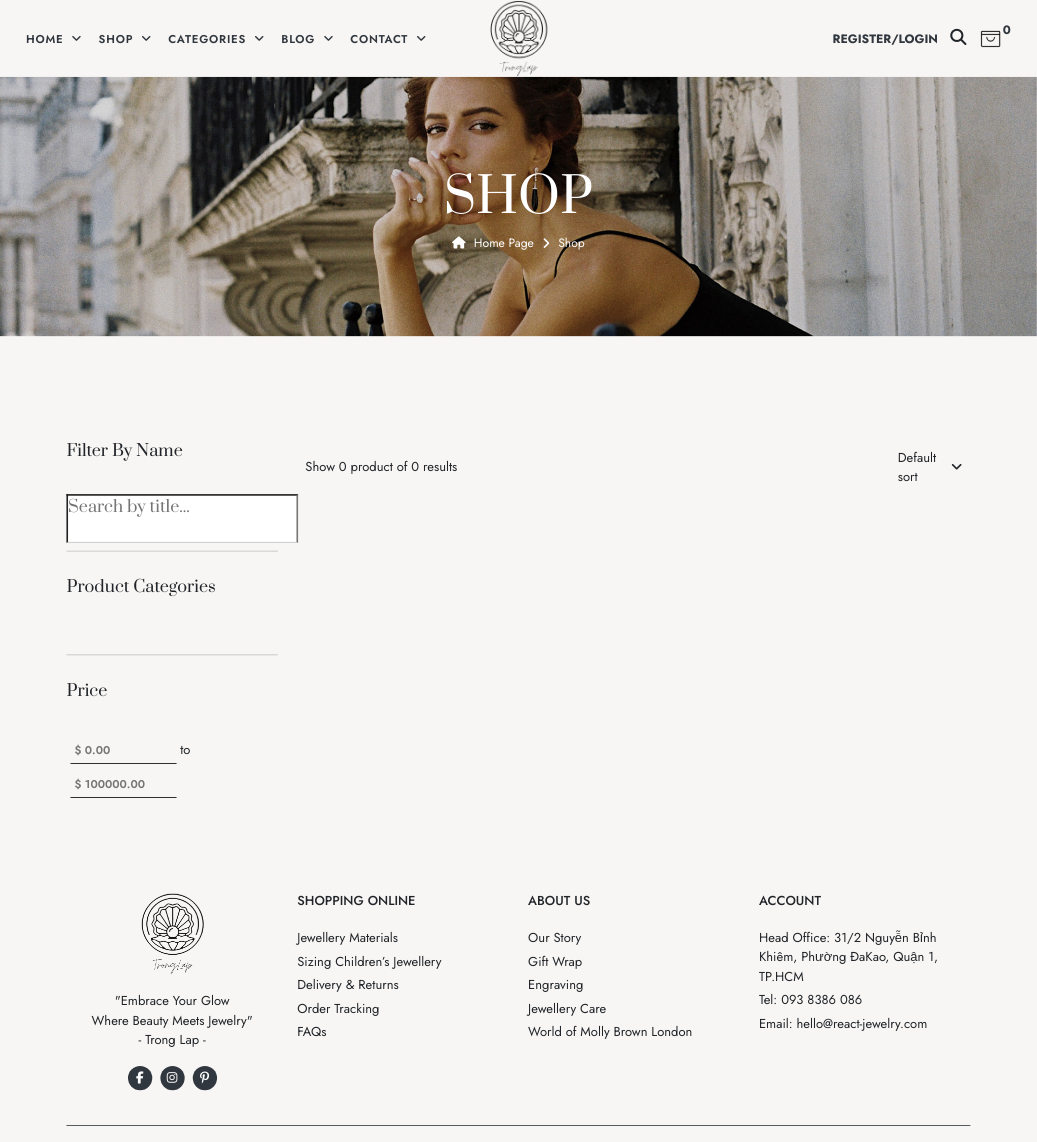
Repository: tronglap/react-jewelry
Page: /list-product
The author's editor kept a copy of each file at every save. The page is drawn from the files as they stood at one save, then again after a run of saves.
The browser window is 1280 px wide. The pictures show the whole page, at 81% of full size.
The page's requests for data from a server got no answer. The project was rebuilt for these pictures with package versions that can differ from the ones it lists, and the page was loaded fresh each time. No one was signed in, and anything a server would have sent is missing. Also part of the build but not shown: src/component/Button/Button.css, src/component/Button/Button.js, src/component/SliderBar/SliderBar.css, src/component/SliderBar/SliderBar.js, src/component/Home/WWD/WWD.css, src/component/Home/WWD/WWD.js, src/component/Home/Home.css, src/component/Home/Categories/Categories.js and 14 more.

Above is the page before, as saved 2024-03-26 20:24:51.

### src/App.css
@import url('https://fonts.googleapis.com/css2?family=Jost:ital,wght@0,100..900;1,100..900&family=Prata&display=swap');


* {
    margin: 0;
    padding: 0;
    box-sizing: border-box;
}

img {
    width: 100%;
}

a {
    text-decoration: none;
}

ul {
    list-style: none;
    margin: 0;
    padding: 0;
}

body {
    font-family: "Jost", sans-serif;
    --seconddaryfont: "Prata";
    --color-primary: #daa14c;
    --color-secondary: #30373e;
    --color-text: #666;
    --color-accent: #30373e;
    --color-lighter: #888;
    --color-dark: #202020;
    --color-highlight: #ccc;
    --color-border: #e3e3e3;
    --color-background-light: #f8f6f4;
    --color-background-field: #DADADA20;
    background-color: #f8f6f4;
}

### src/component/Footer/Footer.css
.footer {
    margin-top: 10%;
    text-align: left;
    height: 40vh;
    border-bottom: 0.1px solid var(--color-secondary);
    margin-bottom: 20px;
}

.footer .logo {
    margin: 0 auto;
    width: 30%;
}

.footer .slogan {
    text-align: center;
    margin: 20px 0;
}

.footer .social-links {
    display: flex;
    gap: 10px;
    margin-top: 10px;
    justify-content: center;
}

.footer .social-links a {
    display: flex;
    align-items: center;
    justify-content: center;
    color: white;
    background-color: var(--color-secondary);
    border-radius: 50%;
    width: 30px;
    height: 30px;
    font-size: 20px;
    text-align: center;
    transition: 0.3s ease;
}

.footer .social-links a:hover {
    background-color: var(--color-primary);
}

::selection {
    color: white;
    background-color: var(--color-primary);
}

.footer ul {
    margin-top: 25px;
}

.footer ul li {
    margin-bottom: 5px;
    cursor: pointer;
    transition: 0.2s linear;
}

.footer ul li:hover {
    color: var(--color-primary)
}

### src/component/ListProduct/ListProduct.css
.ListProduct .box_product {
    margin-top: 10%;
}

.ListProduct .box_product .FBN,
.ListProduct .box_product .FBN .filterbyname {
    font-size: 20px;
    font-family: 'Prata', sans-serif;
    font-weight: 400;
    line-height: 1.35;
    text-transform: capitalize;
    margin-bottom: 30px;
    padding-bottom: 10px;
}

.ListProduct .box_product .FBN {
    border-bottom: 1px solid rgba(128, 128, 128, 0.5);
}

.ListProduct .box_product .FBN input {
    border-bottom: 1px solid rgba(128, 128, 128, 0.5);
    padding-bottom: 30px;
}


.ListProduct .box_product .Product_Categories {
    font-size: 20px;
    font-family: 'Prata', sans-serif;
    font-weight: 400;
    line-height: 1.35;
    text-transform: capitalize;
    margin-bottom: 30px;
    padding-bottom: 10px;
}

.ListProduct .box_product .Categories {
    border-bottom: 1px solid rgba(128, 128, 128, 0.5);
    padding-bottom: 30px;
}

.ListProduct .box_product .Categories .diamonds {
    display: flex;
    width: 35%;
    justify-content: space-between;
    font-size: 18px;
    font-weight: 400;
    font-style: normal;
    text-rendering: optimizeLegibility;
    color: var(--color-text);
    line-height: 1.5;
    letter-spacing: 0;
    cursor: pointer;
    transition: 0.2s ease;
}

.ListProduct .box_product .Categories .diamonds:hover {
    color: var(--color-primary)
}

.ListProduct .box_product .FBP .filterbyprice {
    font-size: 20px;
    font-family: 'Prata', sans-serif;
    font-weight: 400;
    line-height: 1.35;
    text-transform: capitalize;
    margin-bottom: 30px;
    margin-top: 30px;
    padding-bottom: 10px;
}

.ListProduct .box_product .FBP input {
    width: 50%;
    padding: 5px;
    font-size: 14px;
    margin: 5px;
    font-weight: 600;
    text-transform: none;
    border: none;
    border-bottom: 1px solid black;
    outline: none;
    background-color: transparent;
}

input[type=number]::-webkit-inner-spin-button {
    -webkit-appearance: none;
}

.ListProduct .box_product .Cart_list {
    margin-bottom: 20px;
}

.ListProduct .box_product .sorting {
    display: flex;
    justify-content: space-between;
    align-items: center;
}

.ListProduct .box_product .sorting .Count_AP {
    display: flex;
    margin-bottom: 20px;
    padding: 10px;
}

.ListProduct .box_product .sort {
    display: flex;
    align-items: center;
    justify-content: space-between;
    width: 12%;
    margin-bottom: 20px;
    padding: 10px;
    position: relative;
    cursor: pointer;
}

.ListProduct .box_product .sort .sorts {
    background-color: whitesmoke;
    padding: 10px 10px;
    width: 150%;
    opacity: 0;
    visibility: hidden;
    top: 40px;
    left: 0;
    position: absolute;
    z-index: 999;
    transition: 0.3s ease-out;
}

.ListProduct .box_product .sort .sorts.active {
    visibility: visible;
    top: 50px;
    opacity: 1;
}

### src/component/Cart/Cart.css
.Cart .link_header {
    display: flex;
    justify-content: flex-start;
    align-items: center;
}

.Cart .link_header .Home,
.Cart .link_header .Shop {
    line-height: 24px;
    text-decoration: none;
    color: var(--color-text);
    font-weight: 400;
    font-size: 14px;
    transition: 0.2s ease;
}

.Cart .link_header .Shop {
    color: var(--color-primary)
}

.Cart .link_header .Home:hover,
.Cart .link_header .Home:hover i {
    color: var(--color-primary)
}

.Cart .link_header .Home i,
.Cart .link_header .icon i {
    margin-right: 10px;
    color: var(--color-text);
    transition: 0.2s ease;
    font-size: 13px;
}

.Cart .link_header .icon {
    display: flex;
    align-items: center;
    justify-content: center;
    margin: 0 10px;
}

.Cart .cart-product {
    display: none;
    margin-top: 10%;
    text-align: center;
}

.Cart .cart-product.active {
    display: block;
}

.Cart .noti.active {
    display: none;
}

.Cart .cart-product .title {
    color: var(--color-secondary);
    font-weight: 600;
    text-transform: uppercase;
}

.Cart .cart-product .quantity {
    display: flex;
    align-items: center;
    justify-content: space-between;
    border: 1px solid #e3e3e3;

}

.Cart .cart-product .quantity input {
    padding: 13px 0;
    font-size: 14px;
    font-weight: 600;
    text-align: center;
    margin: 0 auto;
    outline: none;
    background-color: transparent;
    border: none;
    width: 50%;
}

.Cart .cart-product .quantity button {
    padding: 5px 10px 5px 10px;
    border: none;
    background-color: transparent;
    transition: 0.5s linear;
    border-radius: 50%;
    outline: none;
}

.Cart .cart-product .quantity button:active {
    background-color: rgba(128, 128, 128, 0.5)
}

p {
    margin: 0;
}

.Cart .cart-product .bill {
    text-align: left;
    padding: 30px 30px 40px;
    position: relative;
    background-color: #F8F6F4;
    border: 6px solid #E3E3E3;
    border-radius: 5px;
    color: var(--color-secondary)
}

.Cart .cart-product .bill .cart-total h2 {
    font-size: 28px;
    font-family: 'Prata', sans-serif;
    margin-bottom: 15px;
    font-weight: 400;
}

.Cart .cart-product .bill .total-product,
.Cart .cart-product .bill .total {
    display: flex;
    justify-content: space-between;
    align-items: center;
    font-size: 18px;
    padding: 1em 0;
}

.Cart .cart-product .bill .total {
    margin: 10% 0
}

.Cart .cart-product .bill .total .price {
    font-size: 24px;
    color: var(--color-primary);
    font-weight: 600;
}

.Cart .cart-product .bill .proceed-to-checkout {
    outline: none;
    text-align: center;
}

.Cart .cart-product .bill .proceed-to-checkout .btn-proceed .shop-now {
    margin: 0;
    text-transform: uppercase;
    width: 100%;
    font-weight: 600;
    font-size: 13px;
}

.Cart .cart-product .bill .proceed-to-checkout .btn-proceed .shop-now:hover {
    box-shadow: inset 350px 0 0 0 var(--color-primary);
}

### src/component/Home/Categories/Categories.css
img {
    width: 100%;
}

.icon_cate {
    display: flex;
    gap: 20px;
    margin: 10% 0;
    justify-content: center;
    align-items: center;
}

.icon_cate .icon1,
.icon_cate .icon2,
.icon_cate .icon3 {
    text-align: center;
}

.icon_cate .icon1 .img_icon,
.icon_cate .icon2 .img_icon,
.icon_cate .icon3 .img_icon {
    display: flex;
    justify-content: center;
    margin-bottom: 15px;
}

.icon_cate .icon1 .img_icon .thumb,
.icon_cate .icon2 .img_icon .thumb,
.icon_cate .icon3 .img_icon .thumb {
    width: 25%;
    border-radius: 50%;
    padding: 20px;
    transition: 0.2s ease;
}

.icon_cate .icon1:hover .img_icon .thumb,
.icon_cate .icon2:hover .img_icon .thumb,
.icon_cate .icon3:hover .img_icon .thumb {
    background: var(--color-primary)
}

.icon_cate .icon1 .title,
.icon_cate .icon2 .title,
.icon_cate .icon3 .title {
    font-size: 24px;
    font-family: 'Prata', sans-serif;
    letter-spacing: .3px;
    color: var(--color-secondary);
    margin-bottom: 15px;
    transition: 0.2s ease;
}

.icon_cate .icon1:hover .title,
.icon_cate .icon2:hover .title,
.icon_cate .icon3:hover .title {
    color: var(--color-primary)
}

.icon_cate .icon1 .desc,
.icon_cate .icon2 .desc,
.icon_cate .icon3 .desc {
    width: 60%;
    margin: 0 auto;
}

.cate {
    overflow: hidden;
}

.cate .right .diamond {
    overflow: hidden;
}

.cate .right {
    display: flex;
    flex-wrap: wrap;
    gap: 5%;
}

.cate .necklaces,
.cate .right .diamond,
.cate .right .earrings,
.cate .right .rings {
    position: relative;
    transition: 0.5s ease;
}

.cate .necklaces::after,
.cate .right .diamond::after,
.cate .right .earrings::after,
.cate .right .rings::after {
    content: "";
    display: block;
    opacity: 0;
    width: 100%;
    height: 200px;
    background: linear-gradient(to top, rgba(0, 0, 0, 0.3), rgba(0, 0, 0, 0));
    bottom: -100px;
    position: absolute;
    transition: 0.5s ease;
    z-index: 0;
}

.cate .necklaces:hover::after,
.cate .right .diamond:hover::after,
.cate .right .earrings:hover::after,
.cate .right .rings:hover::after {
    opacity: 1;
    bottom: 0;
}

.cate .necklaces::before,
.cate .right .diamond::before,
.cate .right .earrings::before,
.cate .right .rings::before {
    content: "";
    opacity: 0;
    width: 100%;
    height: 50px;
    font-family: 'Prata', sans-serif;
    font-size: 35px;
    color: white;
    text-align: center;
    bottom: -50px;
    position: absolute;
    transition: 0.5s ease;
    z-index: 1;
}

.cate .necklaces:hover::before {
    content: "Necklaces";
    opacity: 1;
    bottom: 20px;
}

.cate .right .diamond:hover::before {
    content: "Diamond";
    opacity: 1;
    bottom: 20px;
}

.cate .right .earrings:hover::before {
    content: "Earrings";
    opacity: 1;
    bottom: 20px;
}

.cate .right .rings:hover::before {
    content: "Rings";
    opacity: 1;
    bottom: 20px;
}

### src/component/Header/HeaderMain/Header.css
svg {
    margin-top: 0px;
}

path {
    fill: black;
    stroke: black;
    stroke-width: 2px;
    transition: 0.2s linear;
}

.HeaderMain {
    display: flex;
    justify-content: space-between;
    align-items: center;
    padding: 0 20px;
}

.HeaderMain .left {
    display: flex;
    gap: 20px;
    width: 40%;
}

.HeaderMain .left .Home,
.HeaderMain .left .Shop,
.HeaderMain .left .Categories,
.HeaderMain .left .Blog,
.HeaderMain .left .Contact {
    display: flex;
    justify-content: space-between;
    align-items: center;
    text-transform: uppercase;
    line-height: 1.2857142857;
    font-weight: 600;
    font-size: 14px;
    color: var(--color-secondary);
    letter-spacing: 1px;
    transition: 0.2s ease;
}

.HeaderMain .left .Home:hover,
.HeaderMain .left .Shop:hover,
.HeaderMain .left .Categories:hover,
.HeaderMain .left .Blog:hover,
.HeaderMain .left .Contact:hover {
    color: var(--color-primary);
}


.HeaderMain .left .Home i,
.HeaderMain .left .Shop i,
.HeaderMain .left .Categories i,
.HeaderMain .left .Blog i,
.HeaderMain .left .Contact i {
    margin-left: 10px;
}

.HeaderMain .mid {
    display: flex;
    justify-content: center;
    width: 20%;
}

.HeaderMain .mid .thumb {
    width: 30%;
}

.HeaderMain .right {
    display: flex;
    align-items: center;
    justify-content: right;
    width: 40%;
}

.HeaderMain .right .register a {
    color: var(--color-secondary);
    text-transform: uppercase;
    font-weight: bold;
    font-size: 15px;
    transition: 0.2s linear;
}

.HeaderMain .right .register a:hover {
    color: var(--color-primary)
}

.HeaderMain .right .search {
    transition: 0.2s ease;
}

.HeaderMain .right .search i {
    font-size: 20px;
    margin-left: 15px;
}

.HeaderMain .right .search:hover {
    color: var(--color-primary)
}

.HeaderMain .right .cart {
    display: flex;
    justify-content: center;
    align-items: center;
    margin-left: 15px;
    cursor: pointer;
}


.HeaderMain .right .cart:hover svg path {
    fill: var(--color-primary);
    stroke: var(--color-primary);
    stroke-width: 2px;
}

.HeaderMain .right .cart:hover .count {
    color: var(--color-primary)
}

.HeaderMain .right .cart .count {
    font-weight: bold;
    font-size: 15px;
    margin-bottom: 20px;
    transition: 0.2s linear;
    color: var(--color-secondary)
}

### src/component/ListProduct/Banner/Banner.css
.Banner {
    position: relative;
}

.Banner::after {
    content: "";
    display: block;
    width: 100%;
    height: 100%;
    background-color: rgba(0, 0, 0, 0.5);
}

.Banner .content {
    text-align: center;
    width: 100%;
    top: 50%;
    transform: translateY(-50%);
    position: absolute;
    z-index: 999;

}

.Banner .content .title {
    font-size: 60px;
    font-family: 'Prata', sans-serif;
    color: white;
}

.Banner .content .link_header {
    display: flex;
    justify-content: center;
    align-items: center;
}

.Banner .content .link_header .Home,
.Banner .content .link_header .Shop {
    text-decoration: none;
    color: white;
    font-weight: 400;
    font-size: 15px;
    transition: 0.2s ease;
}

.Banner .content .link_header .Home:hover,
.Banner .content .link_header .Home:hover i {
    color: var(--color-primary)
}

.Banner .content .link_header .Home i,
.Banner .content .link_header .icon {
    margin-right: 10px;
    color: white;
    transition: 0.2s ease
}

.Banner .content .link_header .icon {
    display: flex;
    align-items: center;
    justify-content: center;
    margin: 0 10px;
}

### src/component/CardProduct/CartProduct.css
img {
    width: 100%;
}

.Card_item {
    margin: 0 5px;
    text-align: center;
    position: relative;
    width: 100%;
    text-align: center;
    overflow: hidden;
}

.Card_item .thumb {
    display: block;
    position: relative;
    transition: 0.5s linear;
    overflow: hidden;
    width: 290px;
}

.Card_item .thumb:hover {
    border-radius: 49% 49% 0 0;
}

.Card_item .thumb img {
    transition: 0.5s ease;
    position: relative;
}

.Card_item .thumb img:first-child {
    opacity: 1;
    transition: 0.3s linear;

}

.Card_item .thumb:hover img:first-child {
    opacity: 0;
}

.Card_item .thumb img:last-child {
    opacity: 0;
    position: absolute;
    top: 0;
    left: 0;
    transition: 0.3s linear;
}

.Card_item .thumb:hover img:last-child {
    opacity: 1;
    display: block;
    transform: scale(1.2);
}

.Card_item .sale {
    display: none;
    width: 50px;
    height: 20px;
    color: white;
    padding: 2.5px 10px;
    font-weight: bold;
    font-size: 10px;
    top: 10px;
    left: 10px;
    background-color: var(--color-primary);
    position: absolute;
    transition: 0.2s linear;
    z-index: 999;
}

.Card_item .sale.active {
    display: block;
}

.Card_item:hover .sale.active {
    display: none;
}

.Card_item .info {
    margin-top: 10px;
}

.Card_item .info .cate {
    color: var(--color-primary);
    text-transform: uppercase;
    font-size: 12px;
    font-weight: 500;
    line-height: 1.35;
}

.Card_item .info .name {
    font-size: 20px;
    color: var(--color-secondary);
    text-transform: capitalize;
    transition: 0.2s ease;
}

.Card_item .info .name:hover {
    color: var(--color-primary)
}

.Card_item .info .material {
    color: var(--color-text);
    text-transform: capitalize;
    font-size: 14px
}

.Card_item .info .price .discount {
    font-weight: 700;
    color: var(--color-secondary)
}

.Card_item .info .price .cost {
    color: var(--color-secondary);
    font-weight: 500;
    text-decoration: line-through;
    font-size: 14px;
}

.Card_item .info .price .discount.active {
    display: none;
}

.Card_item .info .price .cost.active {
    font-weight: 700;
    color: var(--color-secondary);
    text-decoration: none;
    font-size: 16px;
}

### src/component/CardNews/CardNews.css
img {
    width: 100%;
}

.Card_news {
    width: 90%;
    margin: 0 auto;
    cursor: pointer;
}

.Card_news .thumb {
    margin-bottom: 3%;
    overflow: hidden;
}

.Card_news .thumb img {
    transition: 0.3s linear;
}

.Card_news .thumb:hover img {
    transform: scale(1.1);
}

.Card_news .infor {
    text-align: center;
}

.Card_news .infor .date p {
    font-size: 14px;
    text-transform: capitalize;
    color: var(--color-lighter);
    transition: 0.5s ease
}

.Card_news .infor .date p:hover {
    color: var(--color-primary)
}

.Card_news .infor .title h4 {
    display: -webkit-box;
    -webkit-box-orient: vertical;
    -webkit-line-clamp: 1;
    overflow: hidden;
    transition: 0.3s ease;
}

.Card_news .infor .title h4:hover {
    color: var(--color-primary)
}

.Card_news .infor .content p {
    display: -webkit-box;
    -webkit-box-orient: vertical;
    -webkit-line-clamp: 3;
    overflow: hidden;
    color: var(--color-text)
}

.Card_news .infor .view {
    color: var(--color-dark);
    font-weight: bold;
    font-size: 13px;
    font-weight: 600;
    line-height: 1.3;
    text-transform: uppercase;
    transition: 0.3s linear;
    margin-top: 12%;
}

.Card_news .infor .view:hover {
    color: var(--color-primary)
}

@keyframes zoom_news {
    0% {
        transform: scale(1);
    }

    100% {
        transform: scale(1.1);
    }
}

Loaded but not shown: public/index.html (common file); src/index.js (common file); src/index.css (common file); src/reportWebVitals.js (common file); src/component/ListProduct/ListProduct.js (188 lines, source omitted); src/component/Header/HeaderMain/Header.js (74 lines, source omitted); src/component/Footer/Footer.js (69 lines, source omitted); src/App.js (36 lines, source omitted); src/UseContext.js (36 lines, source omitted); src/component/ListProduct/Banner/Banner.js (31 lines, source omitted); src/UseFetch.js (26 lines, source omitted); src/component/AutoTop/AutoTop.js (15 lines, source omitted); src/component/Header/Header.css (289 lines, source omitted)

After the next 2 saves:
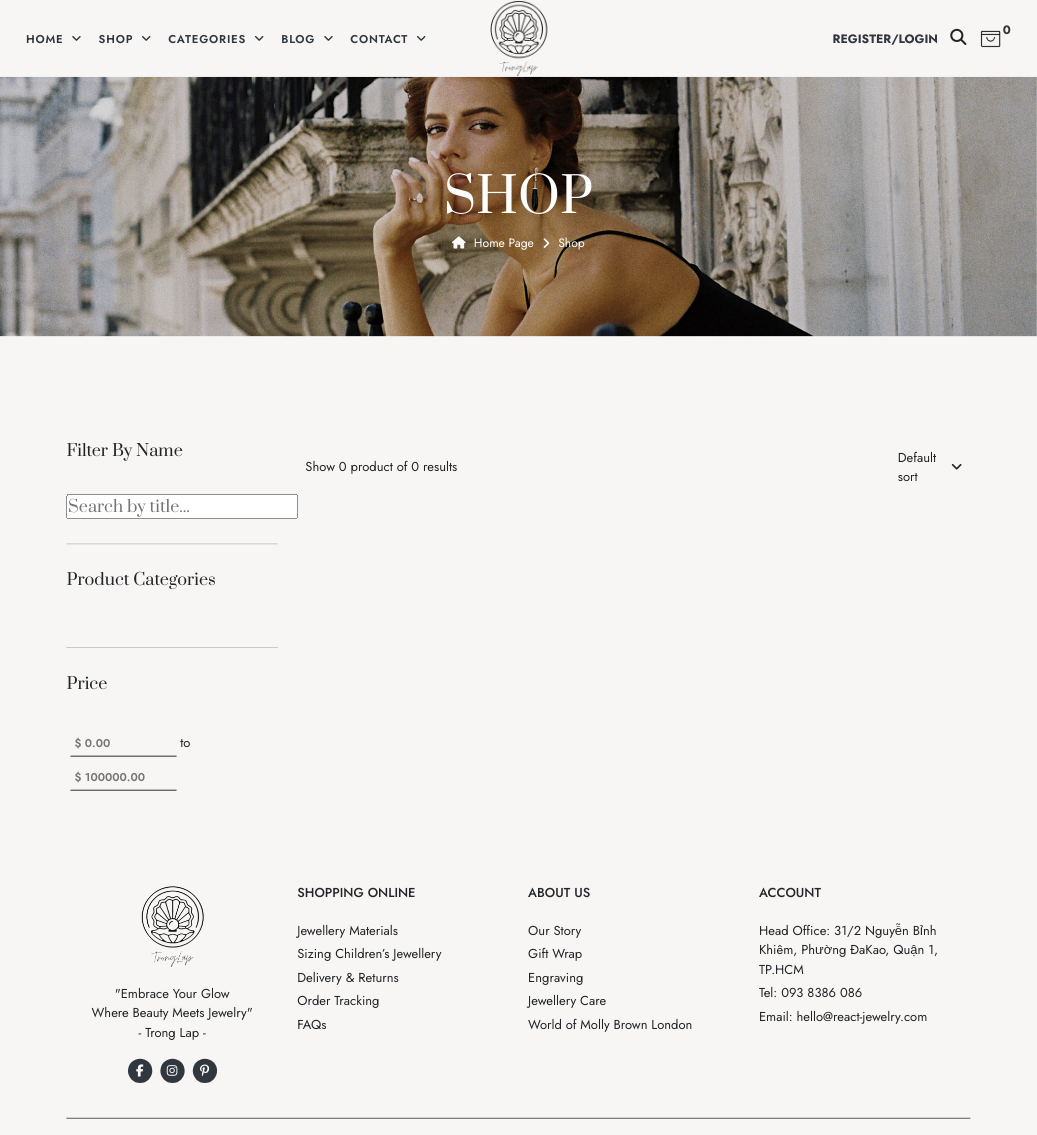
The 2 saves are shown as one change because they came seconds apart.
The last was saved 8 s later.
--- a/src/component/ListProduct/ListProduct.css
+++ b/src/component/ListProduct/ListProduct.css
@@ -15,12 +15,10 @@
 
 .ListProduct .box_product .FBN {
     border-bottom: 1px solid rgba(128, 128, 128, 0.5);
+    padding-bottom: 30px;
 }
 
-.ListProduct .box_product .FBN input {
-    border-bottom: 1px solid rgba(128, 128, 128, 0.5);
-    padding-bottom: 30px;
-}
+.ListProduct .box_product .FBN input {}
 
 
 .ListProduct .box_product .Product_Categories {
